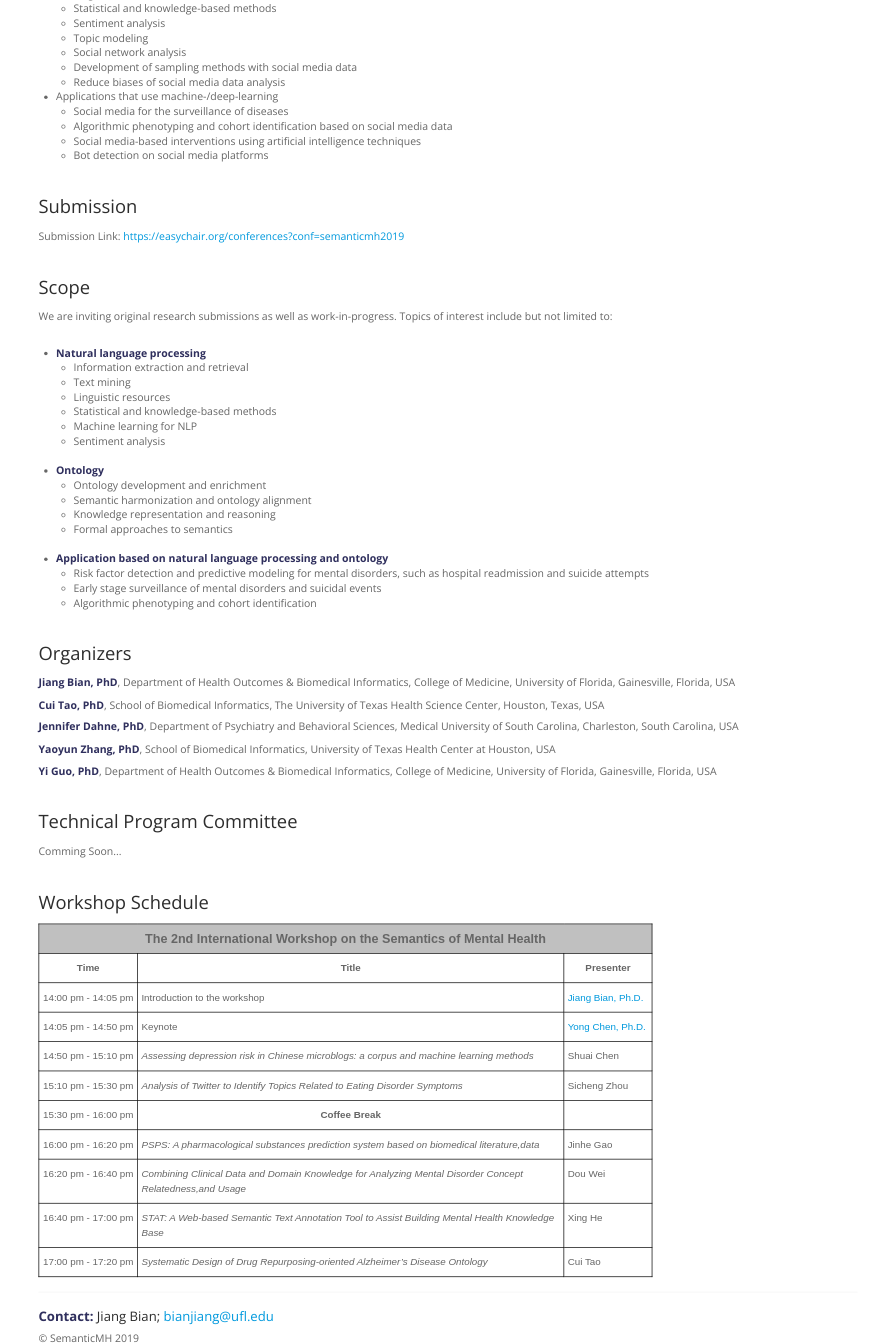
Repository: bianjiang/semantics-powered.org
Page: ISSWHR-2020/index.html
The author's editor kept a copy of each file at every save. The page is drawn from the files as they stood at one save, then again after the next save.
The browser window is 1280 px wide. The pictures show the part of the page from y = 1029 to 2949 px (the page is 3000 px tall before and 3021 px after), at 70% of full size.
Some web libraries are served in a nearby version.

Above is the page before, as saved 2019-10-26 17:00:05.
Console error (its wording comes from the project's code and is left out).

After the next save:
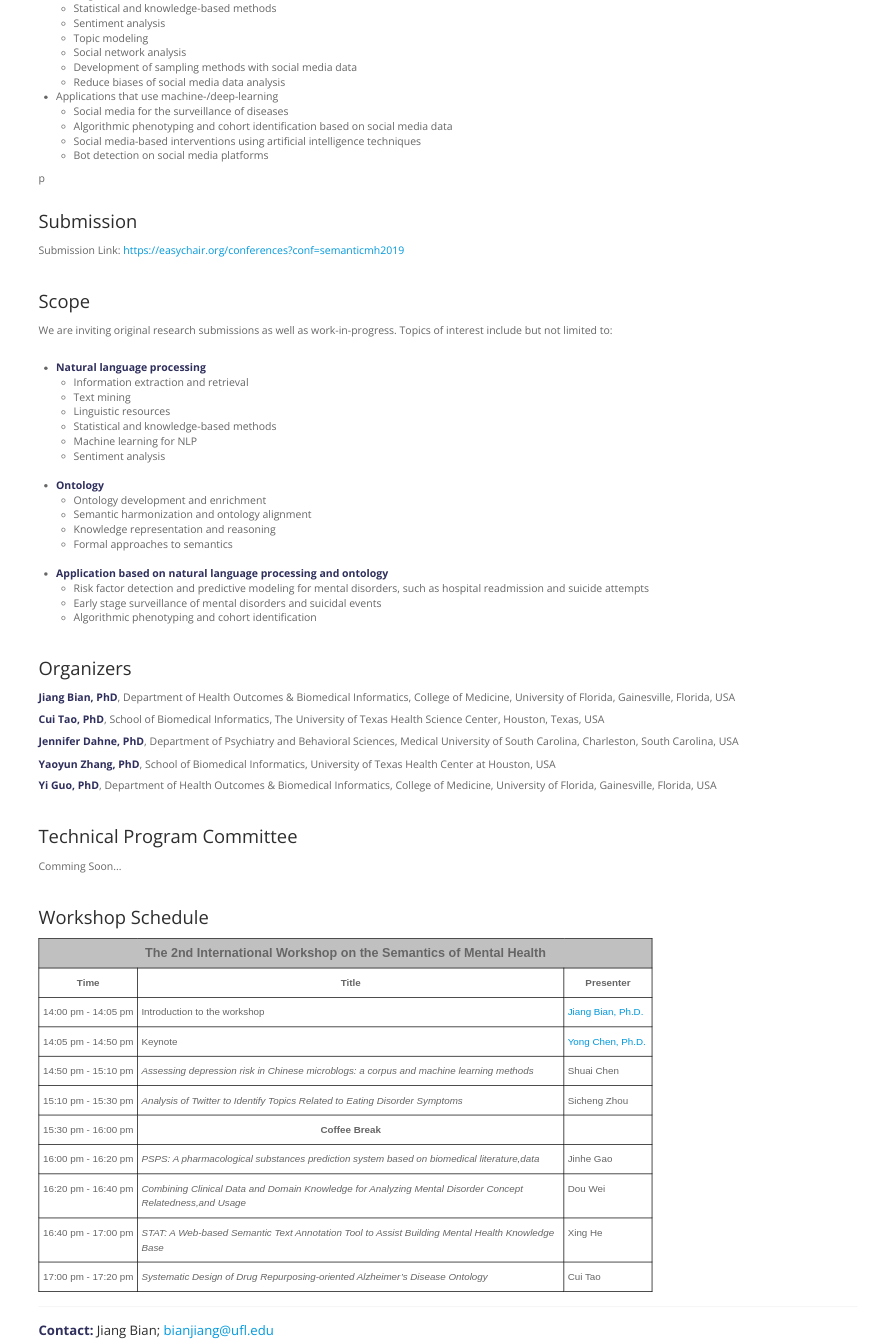
Saved 13 s later.
--- a/ISSWHR-2020/index.html
+++ b/ISSWHR-2020/index.html
@@ -170,6 +170,7 @@
               </ul>
             </li>
           </ul>
+          p
         </div>
       </div>
     </section>

After the save that followed:
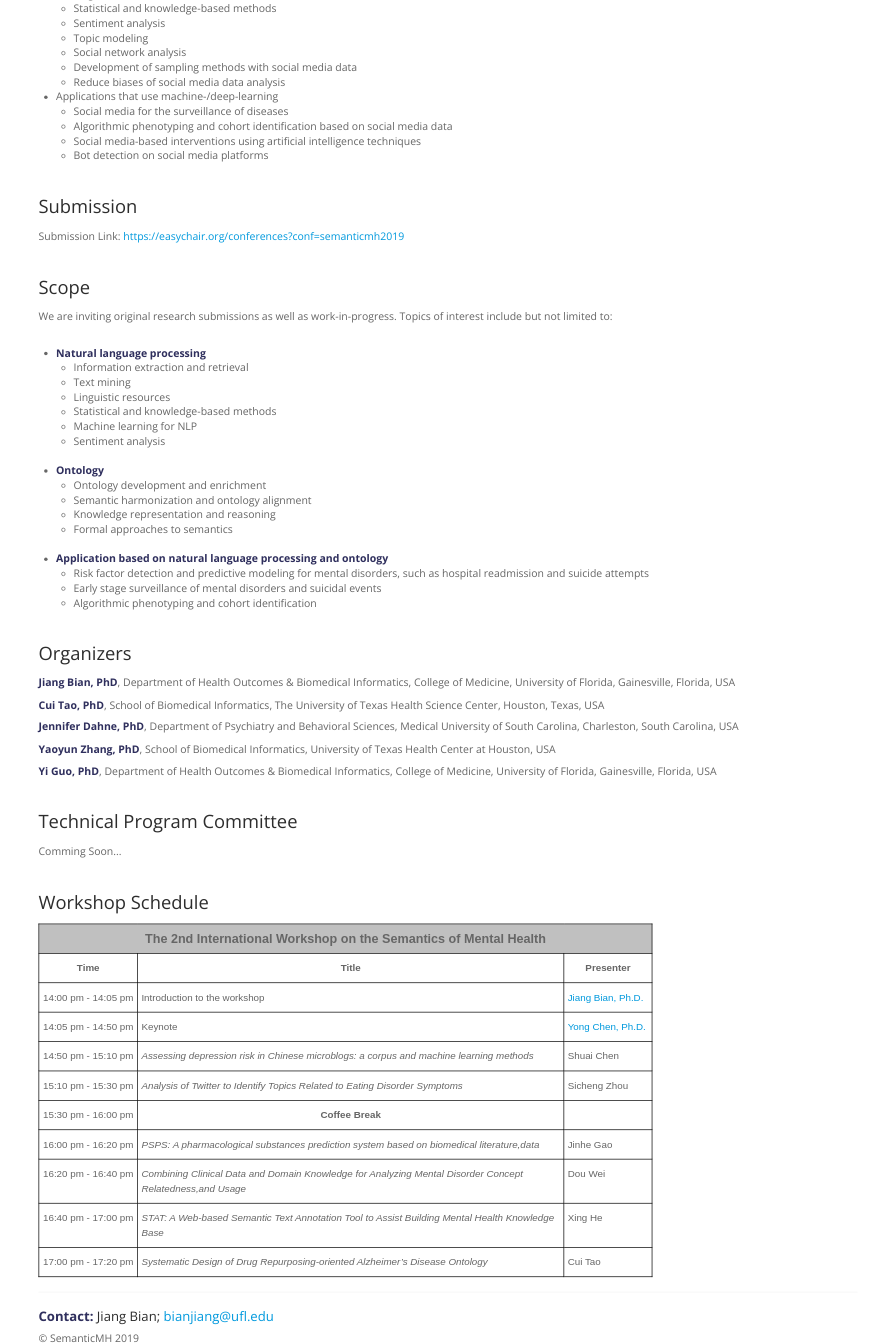
Saved 4 s later.
--- a/ISSWHR-2020/index.html
+++ b/ISSWHR-2020/index.html
@@ -170,7 +170,7 @@
               </ul>
             </li>
           </ul>
-          p
+          <p></p>
         </div>
       </div>
     </section>
